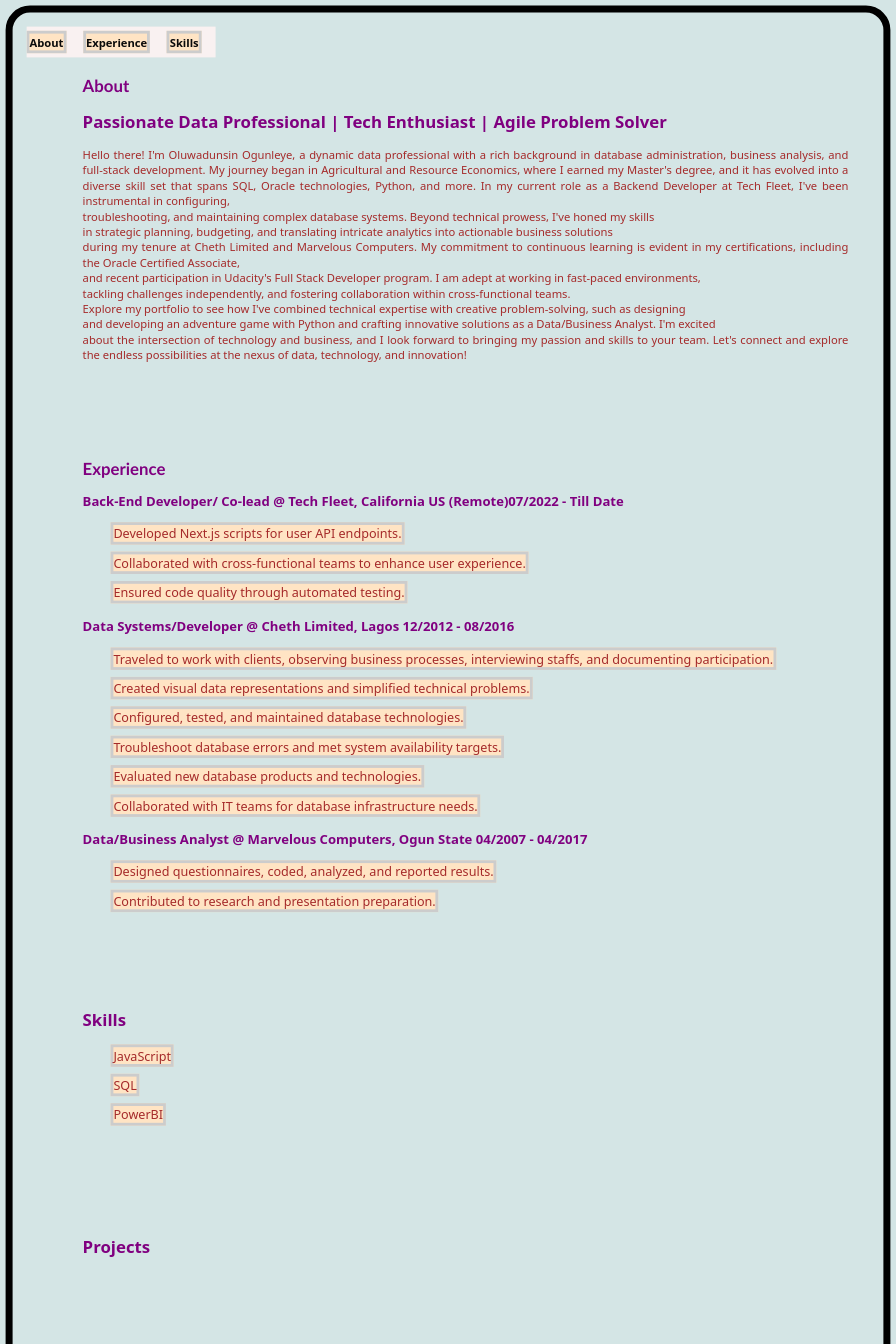
Repository: aloroduns/intro-to-programming-2023
Page: index.html
The author's editor kept a copy of each file at every save. The page is drawn from the files as they stood at one save, then again after a run of saves.
The browser window is 1280 px wide. The pictures show the part of the page from y = 0 to 1920 px (the page is 2717 px tall before and 2733 px after), at 70% of full size.
The page's requests for data from a server got no answer.

Above is the page before, as saved 2024-01-23 12:13:27.

After the next 3 saves:
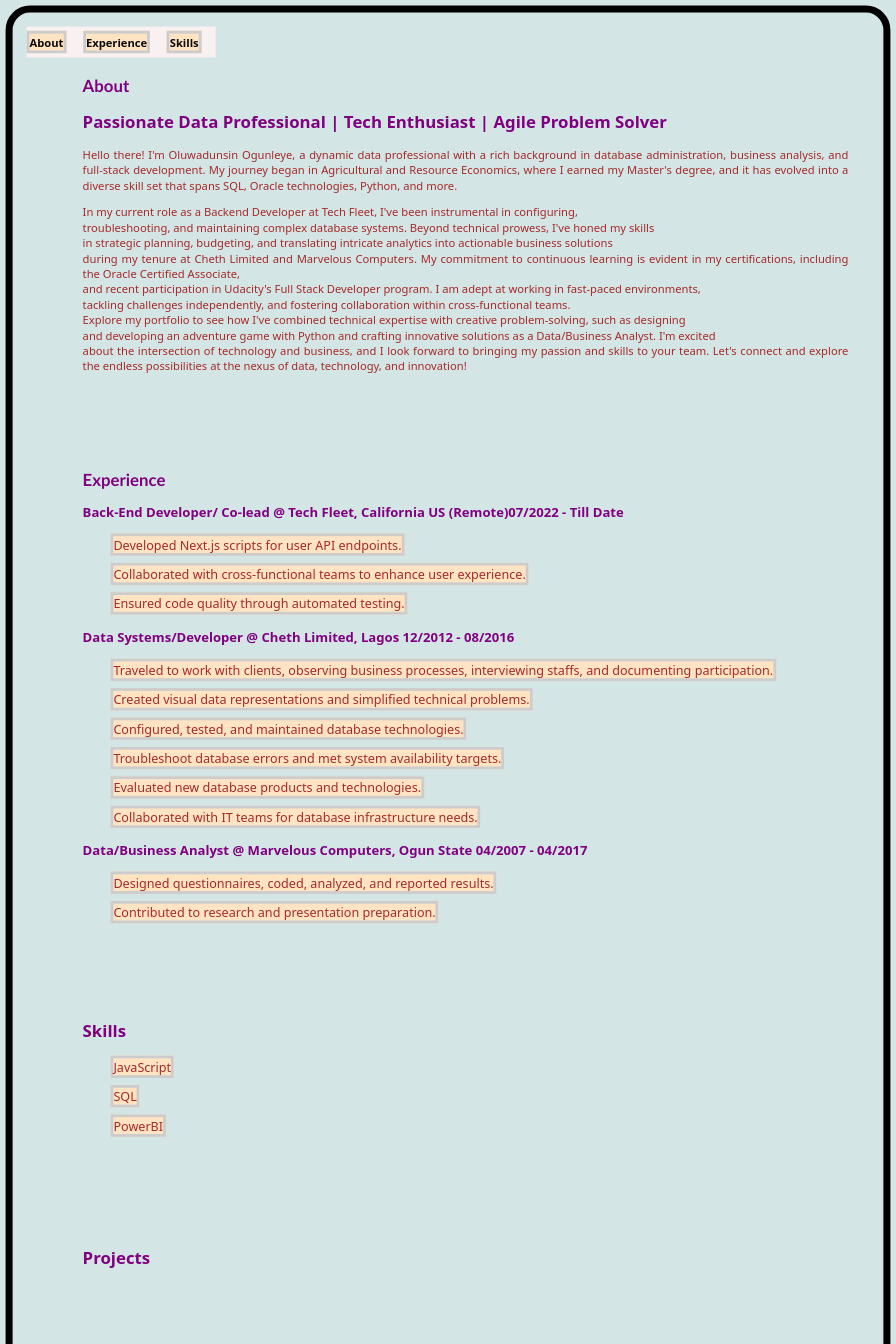
The 3 saves are shown as one change because they came seconds apart.
The last was saved 11 s later.
--- a/index.html
+++ b/index.html
@@ -23,12 +23,12 @@
         <h1>About</h1>
         <p>
         <h2>Passionate Data Professional | Tech Enthusiast | Agile Problem Solver</h2>
-           <p></p>
+           <p>
             Hello there! I'm Oluwadunsin Ogunleye, a dynamic data professional with a rich background
             in database administration, business analysis, and full-stack development. My journey began
             in Agricultural and Resource Economics, where I earned my Master's degree, and it has evolved
             into a diverse skill set that spans SQL, Oracle technologies, Python, and more.
-
+            </p>
             In my current role as a Backend Developer at Tech Fleet, I've been instrumental in configuring,<br>
             troubleshooting, and maintaining complex database systems. Beyond technical prowess, I've honed my skills<br>
             in strategic planning, budgeting, and translating intricate analytics into actionable business solutions <br>
